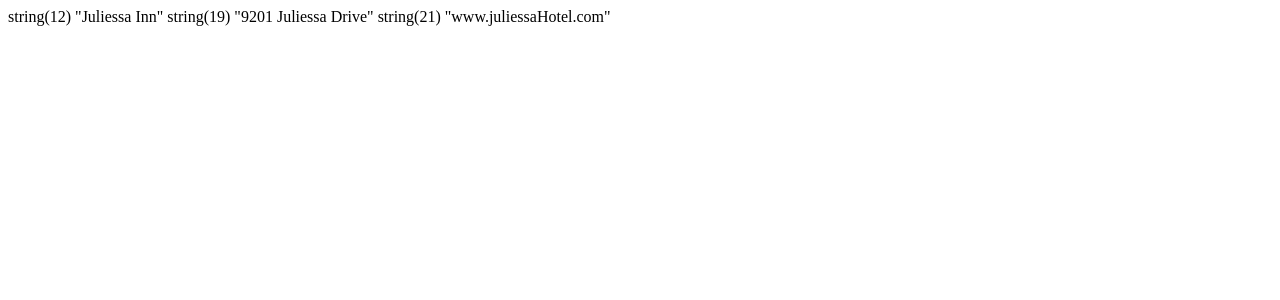
Repository: JulsR/Coding
Page: http://localhost/getData.php
These files come from the project's save history. The page is drawn as it stood at one moment and after the next save; the edit follows.
The browser window is 1280 px wide. The pictures show the whole page.
The page is run by PHP 8.4 with error messages shown; the project is at /var/www/html/.

Above is the page before, as saved 2015-03-07 19:14:14.

After the next save:
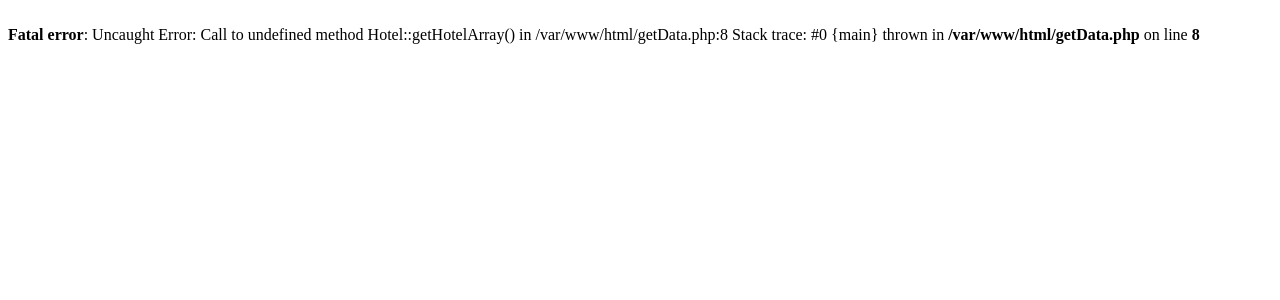
Saved 10 min 42 s later.
--- a/classProject/getData.php
+++ b/classProject/getData.php
@@ -1,14 +1,17 @@
 <?php
 require_once 'hotel.php'; //allows you to use the demo.php file.
 
-
+//calls the factory create method. This creates the hotel object and stores it in $ht
 $ht=HotelFactory::create();
 
-$hoteldata = $ht->getHotelName();
+//takes the
+$hoteldata = $ht->getHotelArray();
 
 
 var_dump($hoteldata["HotelName"]);
+
 var_dump($hoteldata["HotelAddress"]);
+
 var_dump($hoteldata["HotelWebsite"]);
 
 
